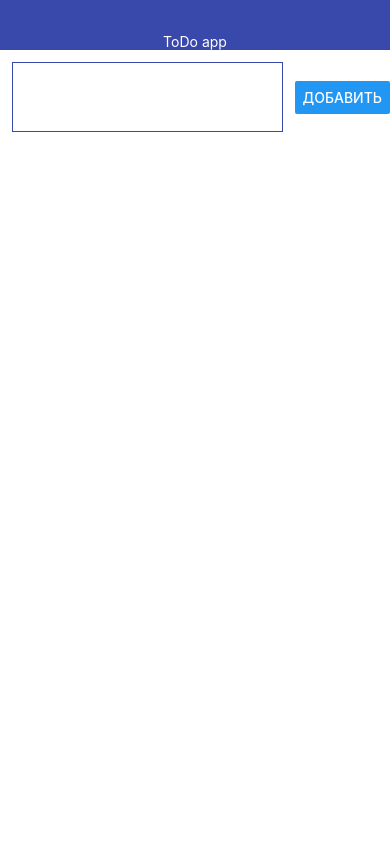
Repository: saint-fons/React-Native-Expo-TypeScript-Hooks
Screen: /
These files come from the project's save history. The screen is drawn as it stood at one moment and after the next save; the edit follows.
The app was drawn by React Native's web renderer in a window 390 px wide. The project was rebuilt for these pictures with package versions that can differ from the ones it lists, and the page was loaded fresh each time.

Above is the screen before, as saved 2021-07-26 18:07:02.

After the next save:
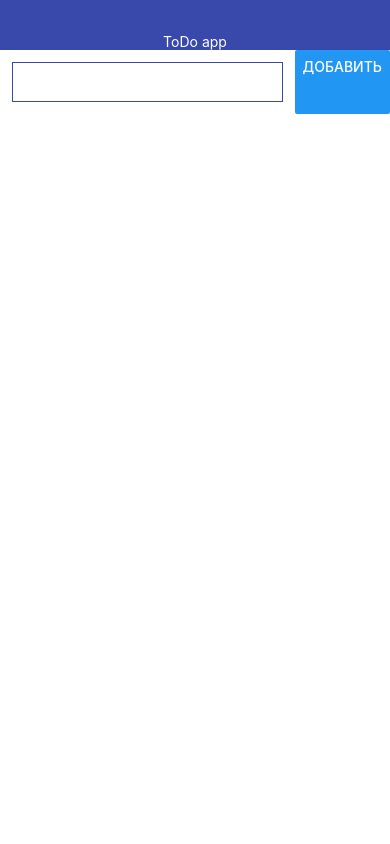
Saved 16 s later.
--- a/components/AddTodo.tsx
+++ b/components/AddTodo.tsx
@@ -20,10 +20,9 @@ const styles = StyleSheet.create({
     block: {
         flexDirection: 'row',
         justifyContent: 'space-between',
-        alignItems: 'center',
     },
     input: {
-        height: 70,
+        height: 40,
         margin: 12,
         borderStyle: "solid",
         borderWidth: 1,
